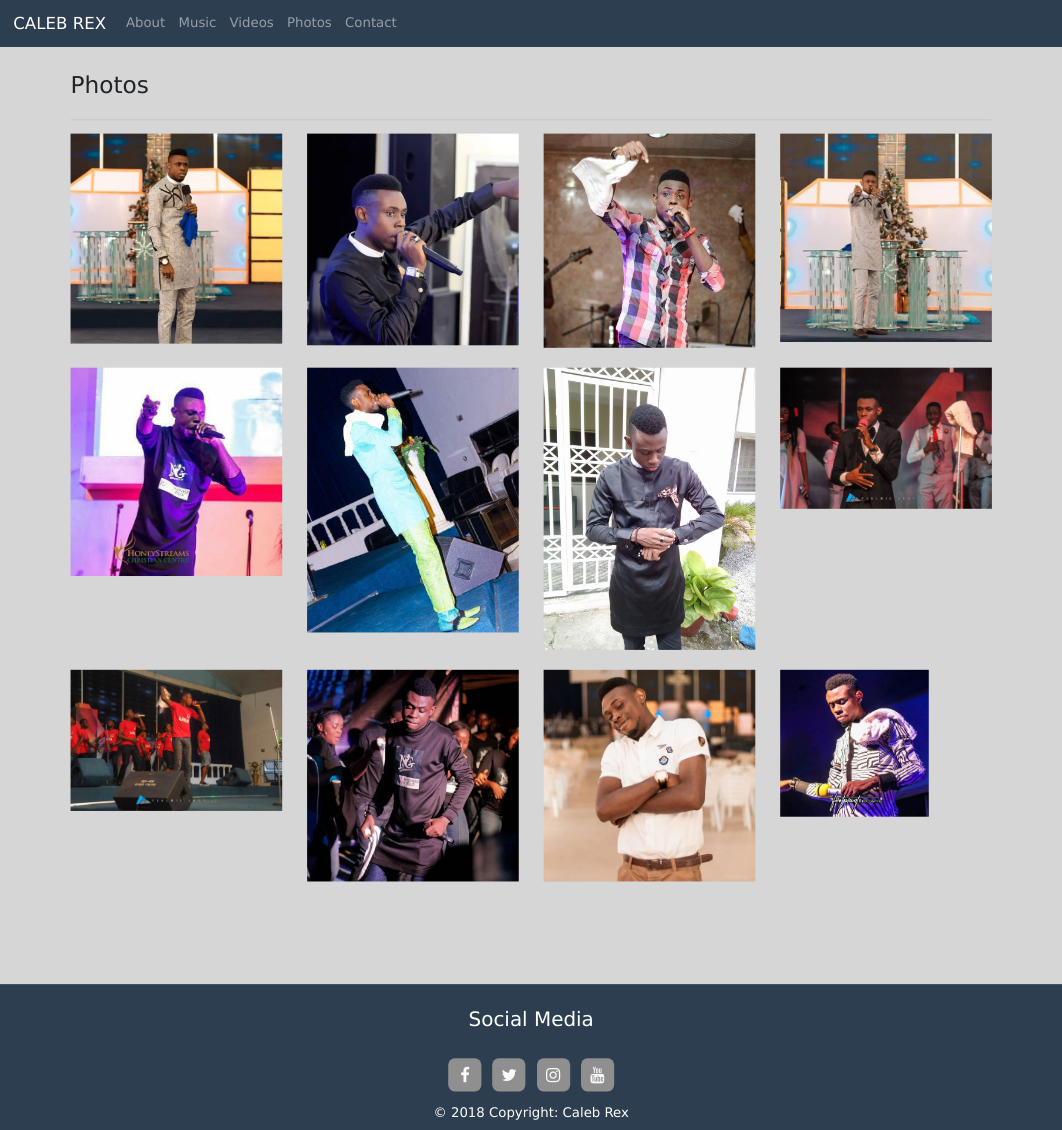
Repository: IchaTreasure/caleb-rex
Page: photos.html
The author's editor kept a record of every edit. The page is drawn from the files as they stood at one moment, then again after the next edit.
The browser window is 1280 px wide. The pictures show the whole page, at 83% of full size.
Some web libraries are served in a nearby version.

Above is the page before.

### photos.html
<!DOCTYPE html>
<html lang="en">

<head>
    <meta charset="UTF-8">
    <meta name="viewport" content="width=device-width, initial-scale=1.0">
    <meta http-equiv="X-UA-Compatible" content="ie=edge">
    <link rel="stylesheet" href="https://maxcdn.bootstrapcdn.com/bootstrap/4.1.3/css/bootstrap.min.css">
    <link rel="stylesheet" href="https://use.fontawesome.com/releases/v5.6.1/css/all.css" integrity="sha384-gfdkjb5BdAXd+lj+gudLWI+BXq4IuLW5IT+brZEZsLFm++aCMlF1V92rMkPaX4PP" crossorigin="anonymous">
    <link rel="stylesheet" href="https://stackpath.bootstrapcdn.com/bootstrap/4.3.1/css/bootstrap.min.css" type="text/css" />
    <link rel="stylesheet" href="https://stackpath.bootstrapcdn.com/font-awesome/4.7.0/css/font-awesome.min.css" type="text/css" />
    <link rel="stylesheet" href="https://cdnjs.cloudflare.com/ajax/libs/hover.css/2.3.1/css/hover-min.css" type="text/css" />
    <link href="https://fonts.googleapis.com/css?family=Roboto:400,700" rel="stylesheet">
    <link rel="stylesheet" href="css/style.css" type="text/css" />
    <title>Caleb Rex</title>
</head>

<body style="background-color: #2c3e50">
    <!-- ------------------------------------------------------------------------------------------------------Navigation Bar -->
    <nav class="navbar navbar-expand-md navbar-dark fixed-top" style="background-color: #2c3e50">
        <a class="navbar-brand" href="index.html">CALEB REX</a>
        <button class="navbar-toggler" type="button" data-toggle="collapse" data-target="#navbarsExampleDefault" aria-controls="navbarsExampleDefault" aria-expanded="false" aria-label="Toggle navigation">
    <span class="navbar-toggler-icon"></span>
  </button>

        <div class="collapse navbar-collapse" id="navbarsExampleDefault">
            <ul class="navbar-nav mr-auto">
                <li class="nav-item right" data-toggle="collapse" data-target=".navbar-collapse.show">
                    <a class="nav-link" href="about.html">About</a>
                </li>
                <li class="nav-item right" data-toggle="collapse" data-target=".navbar-collapse.show">
                    <a class="nav-link" href="music.html">Music</a>
                </li>
                <li class="nav-item right" data-toggle="collapse" data-target=".navbar-collapse.show">
                    <a class="nav-link" href="videos.html">Videos</a>
                </li>
                <li class="nav-item right" data-toggle="collapse" data-target=".navbar-collapse.show">
                    <a class="nav-link" href="photos.html">Photos</a>
                </li>
                <li class="nav-item right" data-toggle="collapse" data-target=".navbar-collapse.show">
                    <a class="nav-link" href="contact.html">Contact</a>
                </li>
            </ul>
        </div>
    </nav>

    <!-- Photo section -->
    <section style="background-color: #D6D6D6; padding-bottom: 100px;">
        <div class="container" Style="padding-top: 30px">
            <div class="row">
                <h3 style="padding-left: 15px">Photos</h3>
            </div>
            <hr>
            <div class="row">
                <!-- Modal: Image 1 -->
                <div class="col-sm-3">
                    <a class="d-block mb-4 h-100">
            <img class="img-fluid img-hover" src="images/Caleb1.jpg" data-toggle="modal" data-target="#Image1" alt="Caleb 1" style="width: 100%">
          </a>
                    <!-- Modal Content -->
                    <div class="modal fade" id="Image1" tabindex="-1" role="dialog" aria-hidden="true">
                        <div class="modal-dialog modal-lg" role="document">
                            <div class="modal-body">
                                <img class="img-fluid" src="images/Caleb1.jpg" alt="Caleb 1">
                            </div>
                        </div>
                    </div>
                </div>

                <!-- Modal: Image 2 -->
                <div class="col-sm-3">
                    <a class="d-block mb-4 h-100">
            <img class="img-fluid img-hover" src="images/Caleb2.jpg" data-toggle="modal" data-target="#Image2" alt="Caleb 2" style="width: 100%">
          </a>
                    <!-- Modal Content -->
                    <div class="modal fade" id="Image2" tabindex="-1" role="dialog" aria-hidden="true">
                        <div class="modal-dialog modal-lg" role="document">
                            <div class="modal-body">
                                <img class="img-fluid" src="images/Caleb2.jpg" alt="Caleb 2">
                            </div>
                        </div>
                    </div>
                </div>

                <!-- Modal: Image 3 -->
                <div class="col-sm-3">
                    <a class="d-block mb-4 h-100">
            <img class="img-fluid img-hover" src="images/Caleb3.jpg" data-toggle="modal" data-target="#Image3" alt="Caleb 3" style="width: 100%">
          </a>
                    <!-- Modal Content -->
                    <div class="modal fade" id="Image3" tabindex="-1" role="dialog" aria-hidden="true">
                        <div class="modal-dialog modal-lg" role="document">
                            <div class="modal-body">
                                <img class="img-fluid" src="images/Caleb3.jpg" alt="Caleb 3">
                            </div>
                        </div>
                    </div>
                </div>

                <!-- Modal: Image 4 -->
                <div class="col-sm-3">
                    <a class="d-block mb-4 h-100">
            <img class="img-fluid img-hover" src="images/Caleb4.jpg" data-toggle="modal" data-target="#Image4" alt="Caleb 4" style="width: 100%">
          </a>
                    <!-- Modal Content -->
                    <div class="modal fade" id="Image4" tabindex="-1" role="dialog" aria-hidden="true">
                        <div class="modal-dialog modal-lg" role="document">
                            <div class="modal-body">
                                <img class="img-fluid" src="images/Caleb4.jpg" alt="Caleb 4">
                            </div>
                        </div>
                    </div>
                </div>
            </div>

            <div class="row">
                <!-- Modal: Image 5 -->
                <div class="col-sm-3">
                    <a class="d-block mb-4 h-100">
            <img class="img-fluid img-hover" src="images/Caleb5.jpg" data-toggle="modal" data-target="#Image5" alt="Caleb 5" style="width: 100%">
          </a>
                    <!-- Modal Content -->
                    <div class="modal fade" id="Image5" tabindex="-1" role="dialog" aria-hidden="true">
                        <div class="modal-dialog modal-lg" role="document">
                            <div class="modal-body">
                                <img class="img-fluid" src="images/Caleb5.jpg" alt="Caleb 5">
                            </div>
                        </div>
                    </div>
                </div>

                <!-- Modal: Image 6 -->
                <div class="col-sm-3">
                    <a class="d-block mb-4 h-100">
            <img class="img-fluid img-hover" src="images/Caleb6.jpg" data-toggle="modal" data-target="#Image6" alt="Caleb 6" style="width: 100%">
          </a>
                    <!-- Modal Content -->
                    <div class="modal fade" id="Image6" tabindex="-1" role="dialog" aria-hidden="true">
                        <div class="modal-dialog modal-lg" role="document">
                            <div class="modal-body">
                                <img class="img-fluid" src="images/Caleb6.jpg" alt="Caleb 6">
                            </div>
                        </div>
                    </div>
                </div>

                <!-- Modal: Image 7 -->
                <div class="col-sm-3">
                    <a class="d-block mb-4 h-100">
            <img class="img-fluid img-hover" src="images/Caleb7.jpg" data-toggle="modal" data-target="#Image7" alt="Caleb 7" style="width: 100%">
          </a>
                    <!-- Modal Content -->
                    <div class="modal fade" id="Image7" tabindex="-1" role="dialog" aria-hidden="true">
                        <div class="modal-dialog modal-lg" role="document">
                            <div class="modal-body">
                                <img class="img-fluid" src="images/Caleb7.jpg" alt="Caleb 7">
                            </div>
                        </div>
                    </div>
                </div>

                <!-- Modal: Image 8 -->
                <div class="col-sm-3">
                    <a class="d-block mb-4 h-100">
            <img class="img-fluid img-hover" src="images/Caleb8.jpg" data-toggle="modal" data-target="#Image8" alt="Caleb 8" style="width: 100%">
          </a>
                    <!-- Modal Content -->
                    <div class="modal fade" id="Image8" tabindex="-1" role="dialog" aria-hidden="true">
                        <div class="modal-dialog modal-lg" role="document">
                            <div class="modal-body">
                                <img class="img-fluid" src="images/Caleb8.jpg" alt="Caleb 8">
                            </div>
                        </div>
                    </div>
                </div>
            </div>

            <div class="row">
                <!-- Modal: Image 9 -->
                <div class="col-sm-3">
                    <a class="d-block mb-4 h-100">
            <img class="img-fluid img-hover" src="images/Caleb9.jpg" data-toggle="modal" data-target="#Image9" alt="Caleb 9" style="width: 100%">
          </a>
                    <!-- Modal Content -->
                    <div class="modal fade" id="Image9" tabindex="-1" role="dialog" aria-hidden="true">
                        <div class="modal-dialog modal-lg" role="document">
                            <div class="modal-body">
                                <img class="img-fluid" src="images/Caleb9.jpg" alt="Caleb 9">
                            </div>
                        </div>
                    </div>
                </div>

                <!-- Modal: Image 10 -->
                <div class="col-sm-3">
                    <a class="d-block mb-4 h-100">
            <img class="img-fluid img-hover" src="images/Caleb11.jpg" data-toggle="modal" data-target="#Image11" alt="Caleb 10" style="width: 100%">
          </a>
                    <!-- Modal Content -->
                    <div class="modal fade" id="Image11" tabindex="-1" role="dialog" aria-hidden="true">
                        <div class="modal-dialog modal-lg" role="document">
                            <div class="modal-body">
                                <img class="img-fluid" src="images/Caleb11.jpg" alt="Caleb 10">
                            </div>
                        </div>
                    </div>
                </div>

                <!-- Modal: Image 11 -->
                <div class="col-sm-3">
                    <a class="d-block mb-4 h-100">
            <img class="img-fluid img-hover" src="images/Caleb12.jpg" data-toggle="modal" data-target="#Image12" alt="Caleb 11" style="width: 100%">
          </a>
                    <!-- Modal Content -->
                    <div class="modal fade" id="Image12" tabindex="-1" role="dialog" aria-hidden="true">
                        <div class="modal-dialog modal-lg" role="document">
                            <div class="modal-body">
                                <img class="img-fluid" src="images/Caleb12.jpg" alt="Caleb 11">
                            </div>
                        </div>
                    </div>
                </div>

                <!-- Modal: Image 12 -->
                <div class="col-sm-3">
                    <a class="d-block mb-4 h-100">
            <img class="img-fluid img-hover" src="images/Caleb14.jpg" data-toggle="modal" data-target="#Image14" alt="Caleb 12" style="width: 70%">
          </a>
                    <!-- Modal Content -->
                    <div class="modal fade" id="Image14" tabindex="-1" role="dialog" aria-hidden="true">
                        <div class="modal-dialog modal-lg" role="document">
                            <div class="modal-body">
                                <img class="img-fluid" src="images/Caleb14.jpg" alt="Caleb 12">
                            </div>
                        </div>
                    </div>
                </div>
            </div>
        </div>
    </section>

    <!-- Footer -->
    <footer class="py-1" style="background-color: #2c3e50; text-align: center;">
        <div class="container">
            <br>
            <h4 style = "color: white">Social Media</h4>
            <br>
            <ul class="list-inline social-links">
                <li class="list-inline-item">
                    <a target="_blank" href="https://www.facebook.com/caleb.rex.96"><i class = " fa fa-facebook" aria-hidden="true"></i><span class = "sr-only">Facebook</span></a>
                </li>
                <li class="list-inline-item">
                    <a target="_blank" href="https://twitter.com/calebrex01"><i class = " fa fa-twitter" aria-hidden="true"></i><span class = "sr-only">Twitter</span></a>
                </li>
                <li class="list-inline-item">
                    <a target="_blank" href="https://www.instagram.com/caleb.rex01/"><i class = " fa fa-instagram" aria-hidden="true"></i><span class = "sr-only">Instagram</span></a>
                </li>
                <li class="list-inline-item">
                    <a target="_blank" href="https://www.youtube.com/channel/UC_B7e65upco510Sio9dZJhg"><i class = " fa fa-youtube" aria-hidden="true"></i><span class = "sr-only">Youtube</span></a>
                </li>
            </ul>
        </div>

        <h6 style="text-align: center; color: white;">© 2018 Copyright: Caleb Rex</h6>
        <!-- /.container -->
    </footer>
    <!-- Bootstrap core JavaScript -->
    <script src="https://code.jquery.com/jquery-3.3.1.slim.min.js" integrity="sha384-q8i/X+965DzO0rT7abK41JStQIAqVgRVzpbzo5smXKp4YfRvH+8abtTE1Pi6jizo" crossorigin="anonymous"></script>
    <script src="https://cdnjs.cloudflare.com/ajax/libs/popper.js/1.14.3/umd/popper.min.js" integrity="sha384-ZMP7rVo3mIykV+2+9J3UJ46jBk0WLaUAdn689aCwoqbBJiSnjAK/l8WvCWPIPm49" crossorigin="anonymous"></script>
    <script src="https://stackpath.bootstrapcdn.com/bootstrap/4.1.3/js/bootstrap.min.js" integrity="sha384-ChfqqxuZUCnJSK3+MXmPNIyE6ZbWh2IMqE241rYiqJxyMiZ6OW/JmZQ5stwEULTy" crossorigin="anonymous"></script>
    <script src="https://code.jquery.com/jquery-3.3.1.slim.min.js" integrity="sha384-q8i/X+965DzO0rT7abK41JStQIAqVgRVzpbzo5smXKp4YfRvH+8abtTE1Pi6jizo" crossorigin="anonymous"></script>
    <script src="https://cdnjs.cloudflare.com/ajax/libs/popper.js/1.14.7/umd/popper.min.js" integrity="sha384-UO2eT0CpHqdSJQ6hJty5KVphtPhzWj9WO1clHTMGa3JDZwrnQq4sF86dIHNDz0W1" crossorigin="anonymous"></script>
    <script src="https://stackpath.bootstrapcdn.com/bootstrap/4.3.1/js/bootstrap.min.js" integrity="sha384-JjSmVgyd0p3pXB1rRibZUAYoIIy6OrQ6VrjIEaFf/nJGzIxFDsf4x0xIM+B07jRM" crossorigin="anonymous"></script>
</body>
</html>

### css/style.css
/*---------------------------- css for body */
body {
  font-family: 'Lucida Grande', sans-serif;
  padding-top: 56px;
}

nav li a:hover {
  background: black;

}

main{
 /*   height: 100vh;
    background: url('../images/Caleb1.jpg') no-repeat top right fixed;
    -webkit-background-size: cover;
    -moz-background-size: cover;
    -o-background-size: cover;
    background-size: cover;
    display: flex;
    align-items: center;
    justify-content: center;
    position: relative; */s


}

.main-container {

}

/*----------------------------------------- Modal Styling */
.modal-body{
    color: #615650;
    text-align: center;
}

.modal-content{
    background-color: #dbc7bd;
    padding: 20px;
}

.img-hover:hover{
    cursor: pointer;
    opacity: 0.6;
    transition: all 0.35s ease-in-out;
    -moz-transition: all 0.35s ease-in-out;
    -webkit-transition: all 0.35s ease-in-out;
    -o-transition: all 0.35s ease-in-out;
}

/*---------------------------- css for contact form*/
.form-style-1 {
	margin:10px auto;
	max-width: 400px;
	padding: 20px 12px 10px 20px;
	font: 13px "Lucida Sans Unicode", "Lucida Grande", sans-serif;
}
.form-style-1 li {
	padding: 0;
	display: block;
	list-style: none;
	margin: 10px 0 0 0;
}
.form-style-1 label{
	margin:0 0 3px 0;
	padding:0px;
	display:block;
	font-weight: bold;
}
.form-style-1 input[type=text],
.form-style-1 input[type=date],
.form-style-1 input[type=datetime],
.form-style-1 input[type=number],
.form-style-1 input[type=search],
.form-style-1 input[type=time],
.form-style-1 input[type=url],
.form-style-1 input[type=email],
textarea,
select{
	box-sizing: border-box;
	-webkit-box-sizing: border-box;
	-moz-box-sizing: border-box;
	border:1px solid #BEBEBE;
	padding: 7px;
	margin:0px;
	-webkit-transition: all 0.30s ease-in-out;
	-moz-transition: all 0.30s ease-in-out;
	-ms-transition: all 0.30s ease-in-out;
	-o-transition: all 0.30s ease-in-out;
	outline: none;
}

.form-style-1 input[type=text]:focus,
.form-style-1 input[type=date]:focus,
.form-style-1 input[type=datetime]:focus,
.form-style-1 input[type=number]:focus,
.form-style-1 input[type=search]:focus,
.form-style-1 input[type=time]:focus,
.form-style-1 input[type=url]:focus,
.form-style-1 input[type=email]:focus,
.form-style-1 textarea:focus,
.form-style-1 select:focus{
	-moz-box-shadow: 0 0 8px #88D5E9;
	-webkit-box-shadow: 0 0 8px #88D5E9;
	box-shadow: 0 0 8px #88D5E9;
	border: 1px solid #88D5E9;
}

.form-style-1 .field-divided{
	width: 49%;
}

.form-style-1 .field-long{
	width: 100%;
}
.form-style-1 .field-select{
	width: 100%;
}
.form-style-1 .field-textarea{
	height: 100px;
}
.form-style-1 input[type=submit], .form-style-1 input[type=button]{
	background: #4B99AD;
	padding: 8px 15px 8px 15px;
	border: none;
	color: #fff;
}

.form-style-1 input[type=submit]:hover, .form-style-1 input[type=button]:hover{
	background: #4691A4;
	box-shadow:none;
	-moz-box-shadow:none;
	-webkit-box-shadow:none;
}

.form-style-1 .required{
	color:red;
}

/*---------------------------- css for footer*/
footer {
  background-color: #7D0D11;
  color: black;
}

.social-links li a i {
  width: 40px;
  height: 40px;
  padding: 10px;
  border-radius: 20%;
  font-size: 20px;
  line-height: 20px;
  text-align: center;
  color: #fafafa;
  background: #8f8f8f;
  transition: all 0.35s ease-in-out;
  -moz-transition: all 0.35s ease-in-out;
  -webkit-transition: all 0.35s ease-in-out;
  -o-transition: all 0.35s ease-in-out;
}

.social-links li a i:hover {
  background: black;
}

After the next edit:
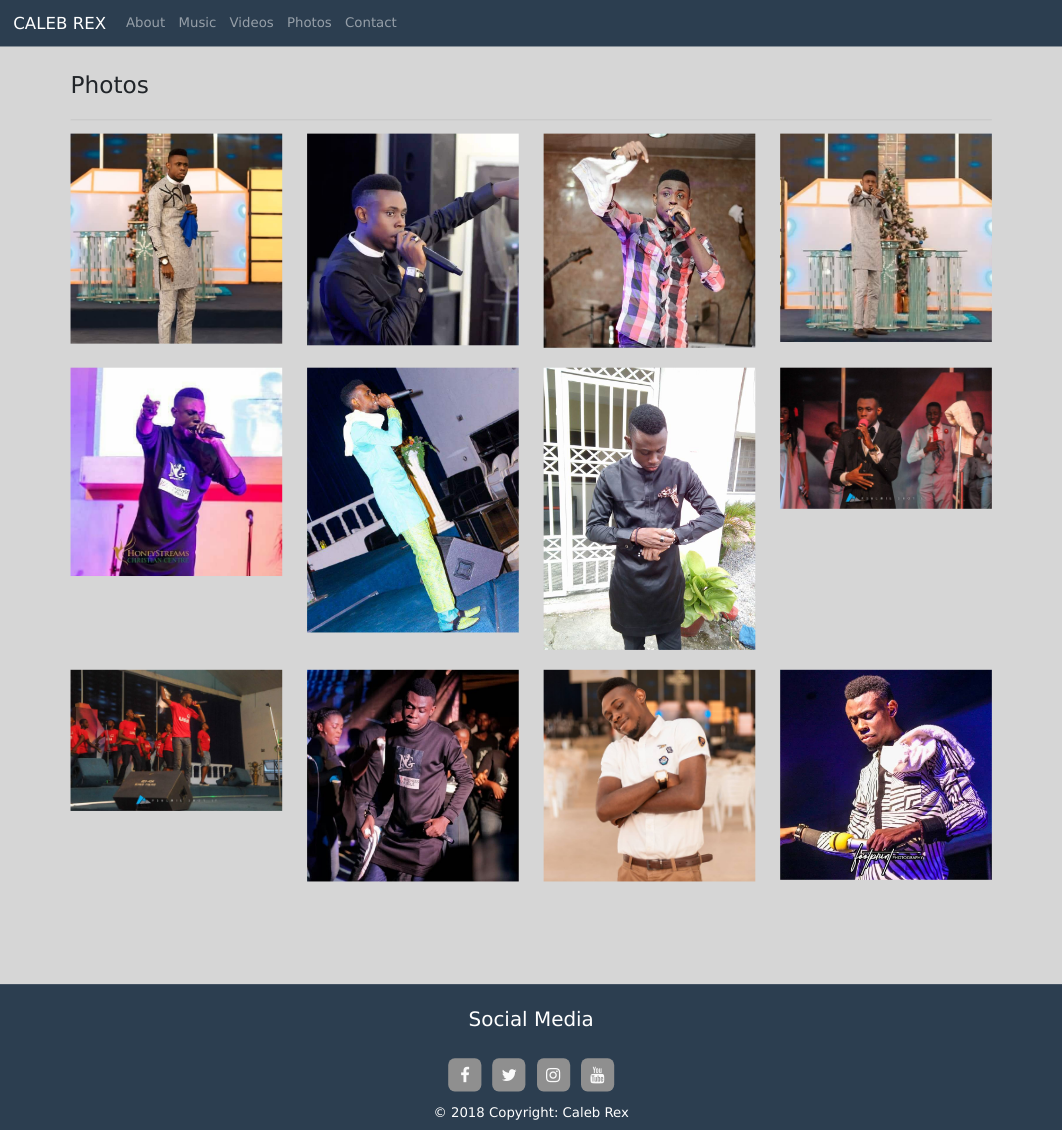
The edit:
--- a/photos.html
+++ b/photos.html
@@ -224,7 +224,7 @@
                 <!-- Modal: Image 12 -->
                 <div class="col-sm-3">
                     <a class="d-block mb-4 h-100">
-            <img class="img-fluid img-hover" src="images/Caleb14.jpg" data-toggle="modal" data-target="#Image14" alt="Caleb 12" style="width: 70%">
+            <img class="img-fluid img-hover" src="images/Caleb14.jpg" data-toggle="modal" data-target="#Image14" alt="Caleb 12" style="width: 100%">
           </a>
                     <!-- Modal Content -->
                     <div class="modal fade" id="Image14" tabindex="-1" role="dialog" aria-hidden="true">
